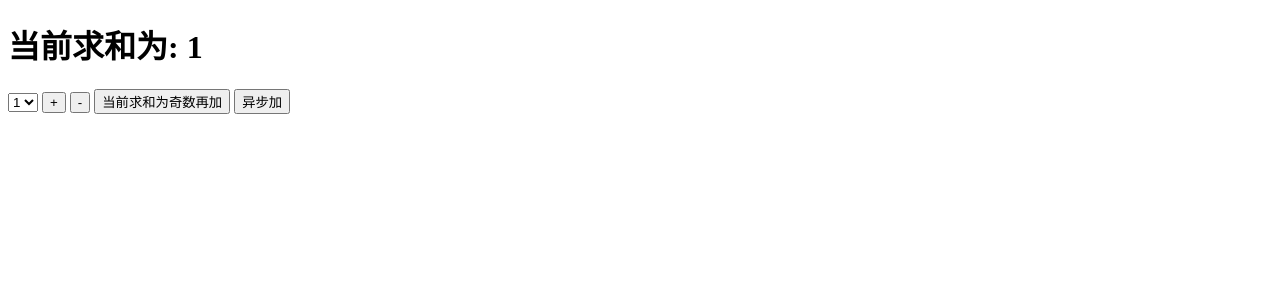
Repository: JinYiGao/ReactLearning
Page: / (app in 14.React脚手架/redux_test/)
The author's editor kept a copy of each file at every save. The page is drawn from the files as they stood at one save, then again after a run of saves.
The browser window is 1280 px wide. The pictures show the whole page.
The project was rebuilt for these pictures with package versions that can differ from the ones it lists, and the page was loaded fresh each time.

Above is the page before, as saved 2022-04-12 17:53:06.

After the next 2 saves:
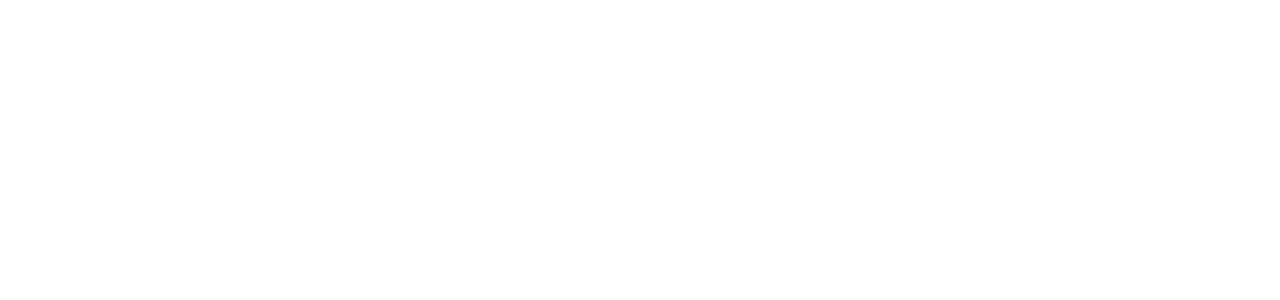
The 2 saves are shown as one change because they came seconds apart.
The last was saved 3 min 54 s later.
--- a/14.React脚手架/redux_test/src/index.js
+++ b/14.React脚手架/redux_test/src/index.js
@@ -4,10 +4,14 @@
  * @Author: JinYiGao
  * @Date: 2022-04-12 15:53:13
  * @LastEditors: JinYiGao
- * @LastEditTime: 2022-04-12 15:57:18
+ * @LastEditTime: 2022-04-12 17:56:58
  */
 import {createRoot} from 'react-dom/client';
 import App from './App';
+import store from './redux/store';
 
 const root = createRoot(document.getElementById('root'));
-root.render(<App></App>);
+
+store.subscribe(()=>{
+  root.render(<App></App>);
+})

After the 2 saves that followed:
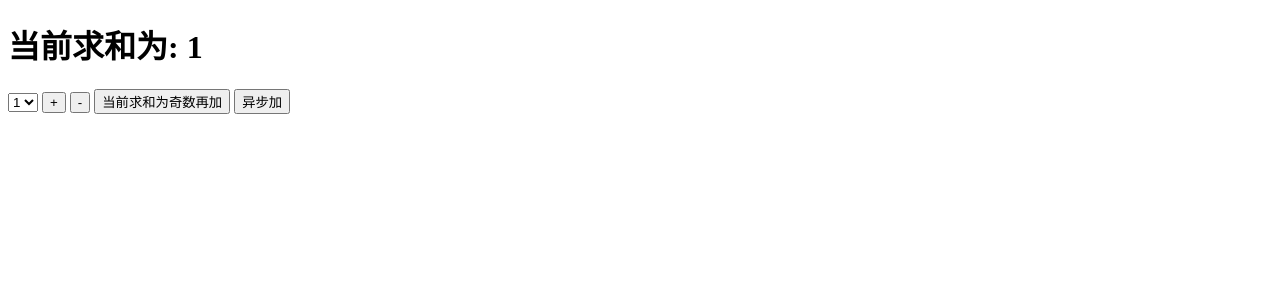
The 2 saves are shown as one change because 1 left the picture as it was.
The last was saved 43 s later.
--- a/14.React脚手架/redux_test/src/index.js
+++ b/14.React脚手架/redux_test/src/index.js
@@ -11,7 +11,8 @@
 import store from './redux/store';
 
 const root = createRoot(document.getElementById('root'));
-
+root.render(<App></App>);
+// store状态改变 调用回调
 store.subscribe(()=>{
   root.render(<App></App>);
 })
